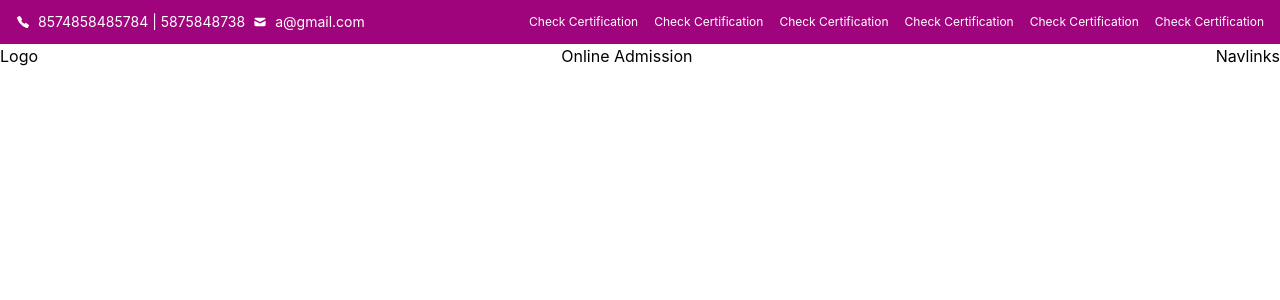
Repository: Sushant203/react-training-
Page: /
These files come from the project's save history. The page is drawn as it stood at one moment and after the next save; the edit follows.
The browser window is 1280 px wide. The pictures show the whole page.
The project was rebuilt for these pictures with package versions that can differ from the ones it lists, and the page was loaded fresh each time. Also part of the build but not shown: src/App.css, src/components/LowerNav.jsx, src/components/UpperNav.jsx.

Above is the page before, as saved 2022-12-19 09:39:24.

### src/App.js

import './App.css';
import LowerNav from './components/LowerNav';
import UpperNav from './components/UpperNav';
import Layout from './Hoc/Layout/Layout'

function App() {
  return (
    <div>
     <Layout />
    </div>
  );
}

export default App;

### src/Hoc/Layout/Layout.jsx
import React from "react";
import Toolbar from "../../components/Naviagtion/Toolbar/index";

function Layout() {
  return (
    <div>
      {/* toolbar */}
      <Toolbar />
    </div>
  );
}

export default Layout;

### src/components/Naviagtion/Toolbar/index.jsx
import React from "react";
import Header from "./header";
import Secondary from "./Secondary";

function Index() {
  return (
    <div className="h-10 bg-red-400 w-screen">
      <Header />
      <Secondary />
    </div>
  );
}

export default Index;

### src/components/Naviagtion/Toolbar/header.jsx
import React from "react";
import { IoCallSharp } from "react-icons/io5";
import { HiMail } from "react-icons/hi";
function Header() {
  const NavLinks = [
    { title: "check certificate" },
    { title: "check certificate" },
    { title: "check certificate" },
    { title: "check certificate" },
    { title: "check certificate" },
    { title: "check certificate" },
  ];
  return (
    <div className="py-3 px-4 bg-mainColor w-full flex items-center justify-between text-sm">
      {/* number and email */}
      <div className="flex gap-2  text-white">
        <div className="flex gap-2  items-center">
          <IoCallSharp />
          8574858485784 | 5875848738
        </div>
        <div className=" flex gap-2 items-center">
          <HiMail />
          a@gmail.com
        </div>
      </div>
      {/* navigation links */}
      <div className="text-white flex gap-4 text-xs ">
        {NavLinks.map((val, i) => {
          return (
            <div key={i} className="capitalize ">
              check certification
            </div>
          );
        })}
      </div>
    </div>
  );
}

export default Header;

### src/components/Naviagtion/Toolbar/Secondary.jsx
import React from "react";

function Secondary() {
  return (
    <div className="flex justify-between">
      <div>Logo</div>
      <div>Online Admission</div>
      <div>Navlinks</div>
    </div>
  );
}

export default Secondary;

### tailwind.config.js
/** @type {import('tailwindcss').Config} */
module.exports = {
  content: [
    "./src/**/*.{js,jsx,ts,tsx}",
  ],
  theme: {
    extend: {
      colors:{
        mainColor:'#A0047D'
      }
    },
  },
  plugins: [],
}

Loaded but not shown: public/index.html (common file); src/index.js (common file); src/index.css (common file); src/reportWebVitals.js (common file)

After the next save:
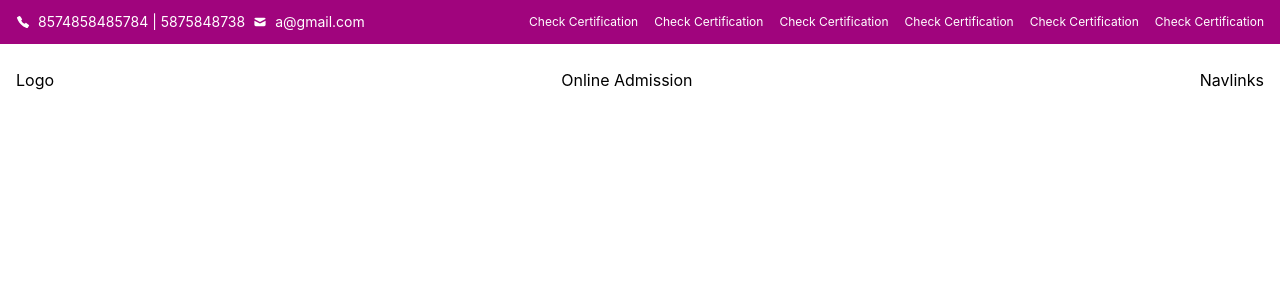
Saved 12 s later.
--- a/src/components/Naviagtion/Toolbar/Secondary.jsx
+++ b/src/components/Naviagtion/Toolbar/Secondary.jsx
@@ -2,7 +2,7 @@ import React from "react";
 
 function Secondary() {
   return (
-    <div className="flex justify-between">
+    <div className="flex justify-between px-4 w-full py-6">
       <div>Logo</div>
       <div>Online Admission</div>
       <div>Navlinks</div>
